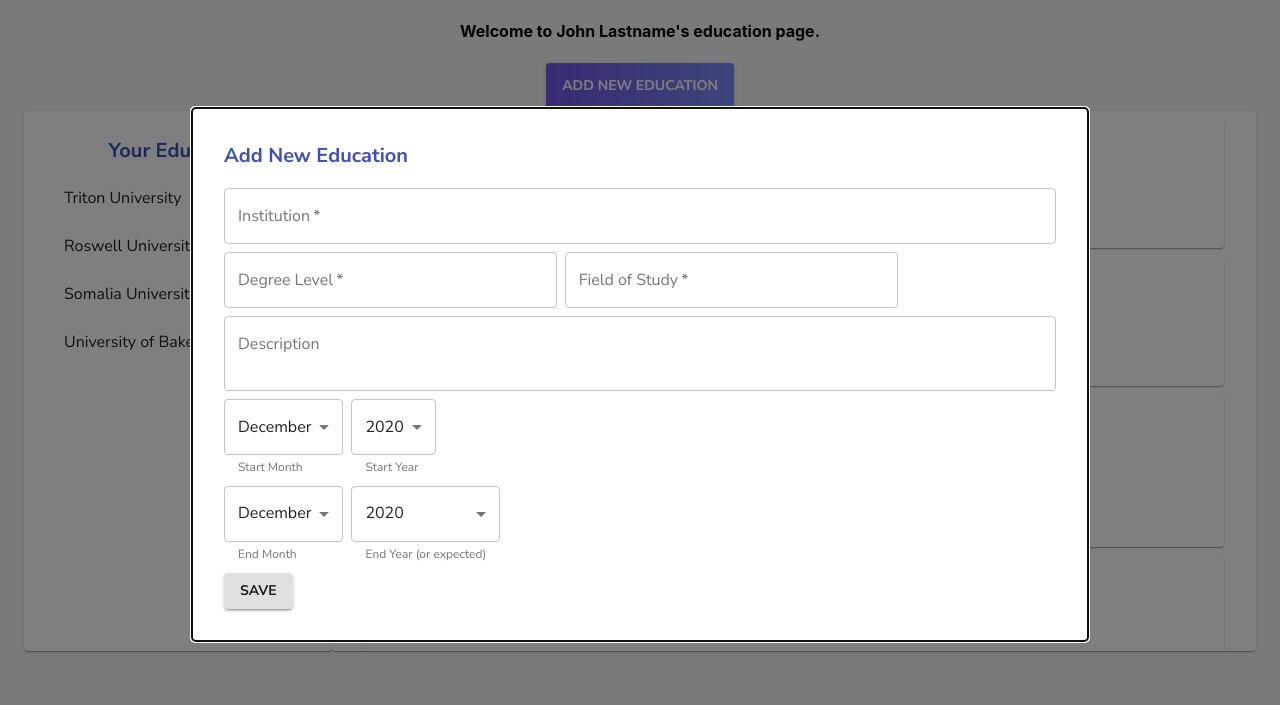
Repository: noellered/Showwcase-React-Challenge
Page: / (app in showwcase-education-react/), after clicking the first element matching `button.MuiButtonBase-root`
The author's editor kept a copy of each file at every save. The page is drawn from the files as they stood at one save, then again after the next save.
The browser window is 1280 px wide. The pictures show the whole page.
The page's requests for data from a server got no answer. An inner scrolling area shows only its first screen. The project was rebuilt for these pictures with package versions that can differ from the ones it lists, and the page was loaded fresh each time. No one was signed in, and anything a server would have sent is missing. Also part of the build but not shown: showwcase-education-react/src/components/Home.tsx.

Above is the page before, as saved 2020-12-17 17:30:46.

After the next save:
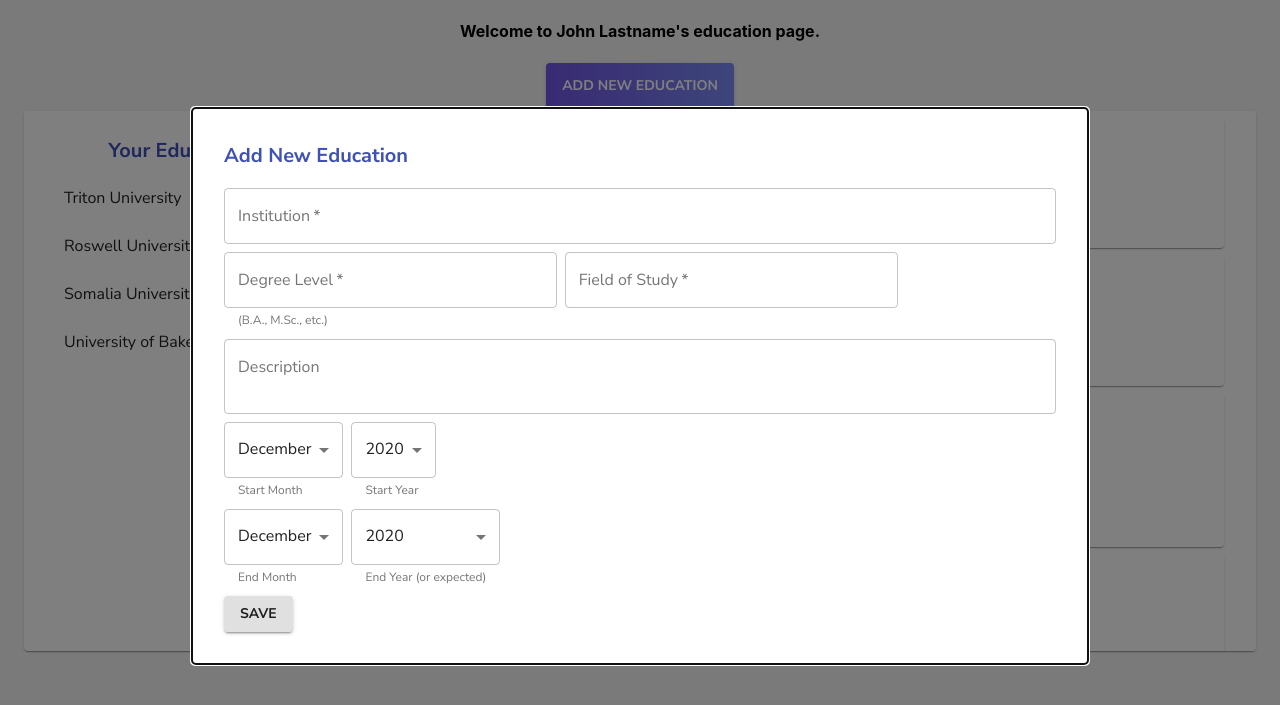
Saved 7 s later.
--- a/showwcase-education-react/src/components/education/EducationModalContent.tsx
+++ b/showwcase-education-react/src/components/education/EducationModalContent.tsx
@@ -164,7 +164,7 @@ const EducationModalContent:FunctionComponent<{handleUpdate: any}>= ({ handleUpd
                 onInputChange={handleInputChange}
                 />
                 <div className={classes.inputGroup}>
-                  <TextField className={`${classes.input} ${classes.mr}`} label="Degree Level" variant="outlined" onChange={(e)=> setDegree(e.target.value)} required/>
+                  <TextField className={`${classes.input} ${classes.mr}`} label="Degree Level" helperText=" (B.A., M.Sc., etc.)" variant="outlined" onChange={(e)=> setDegree(e.target.value)} required/>
                   <TextField className={classes.input} label="Field of Study" variant="outlined" onChange={(e)=> setFieldOfStudy(e.target.value)} required/>
                 </div>
                 <TextField className={classes.input} multiline fullWidth rows={2} variant="outlined" label="Description" onChange={(e)=> setDescription(e.target.value)}/>
